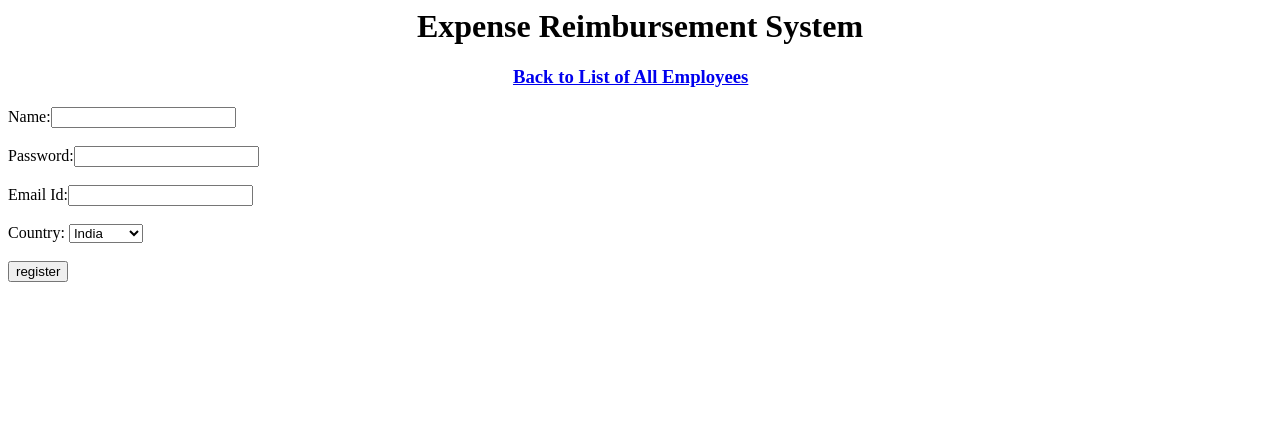
Repository: CCunningham0/project1
Page: http://localhost/reimbursement/employee-form.jsp
The author's editor kept a copy of each file at every save. The page is drawn from the files as they stood at one save, then again after the next save.
The browser window is 1280 px wide. The pictures show the whole page.
The page is served by Tomcat 10. Other server files are loaded and not shown. The template is opened directly, without the code that normally fills it, so the values that code supplies are empty.

Above is the page before, as saved 2021-09-07 02:13:03.

### reimbursement/src/main/webapp/employee-form.jsp
<html>
<head>
<meta charset="UTF-8">
<title>Expense Reimbursement System</title>

<script type="text/javascript" language="javascript" src="https://code.jquery.com/jquery-3.5.1.js"></script>
<script type="text/javascript">

	</script>

	</head>
	 <center>
  <h1>Expense Reimbursement System</h1>
        <h3>
         <a href="employee-list.jsp">Back to List of All Employees</a>
         &nbsp;&nbsp;&nbsp;
         <!-- <a href="list">List All Employee</a> -->

        </h3>
 </center>
<body>
<html>
<body>
<form action="add" method="post">

Name:<input type="text" name="userName"/><br/><br/>
Password:<input type="password" name="userPass"/><br/><br/>
Email Id:<input type="text" name="userEmail"/><br/><br/>
Country:
<select name="userCountry">
<option>India</option>
<option>Pakistan</option>
<option>other</option>
</select>

<br/><br/>
<input type="submit" value="register"/>

</form>
</body>
</html>


   <%--  <div align="center">
  <c:if test="${employee != null}">
   <form action="update" method="post">
        </c:if>
        <c:if test="${employee == null}">
    </div>
 <center>
  <div>
   <form action="add" method="post">
        </c:if>
        <table border="1" cellpadding="5">
            <caption>
             <h2>
              <c:if test="${employee != null}">
               Edit User
              </c:if>
              <c:if test="${employee == null}">
               Add New User
              </c:if>
             </h2>
            </caption>
          <c:if test="${employee != null}">
           <input type="hidden" name="id" value="<c:out value='${employee.id}' />" />
          </c:if>
            <tr>
                <th>Employee Name: </th>
                <td>
                 <input type="text" name="name" size="45"
                   value="<c:out value='${employee.name}' />"
                  />
                </td>
            </tr>
            <tr>
                <th>Employee Email: </th>
                <td>
                 <input type="text" name="email" size="45"
                   value="<c:out value='${employee.email}' />"
                 />
                </td>
            </tr>
            <tr>
                <th>Username: </th>
                <td>
                 <input type="text" name="username" size="15"
                   value="<c:out value='${employee.username}' />"
                 />
                </td>
            </tr>
            <tr>
                <th>Password: </th>
                <td>
                 <input type="number" name="password" size="15"
                   value="<c:out value='${employee.password}' />"
                 />
                </td>
            </tr>
            <tr>
                <th>Type </th>
                <td>
				  <input type="radio" id="emp" name="hr" value="Employee">
				  <label for="emp">Employee</label>
				  <br>
				  <input type="radio" id="manager" name="hr" value="Finance manager">
				  <label for="manager">Finance manager</label>
                </td>
            </tr>
            <tr>
             <td colspan="2" align="center">
              <input type="submit" value="Save" />
             </td>
            </tr>
        </table>
        </form>
    </div>  --%>
  </center>

</body>

After the next save:
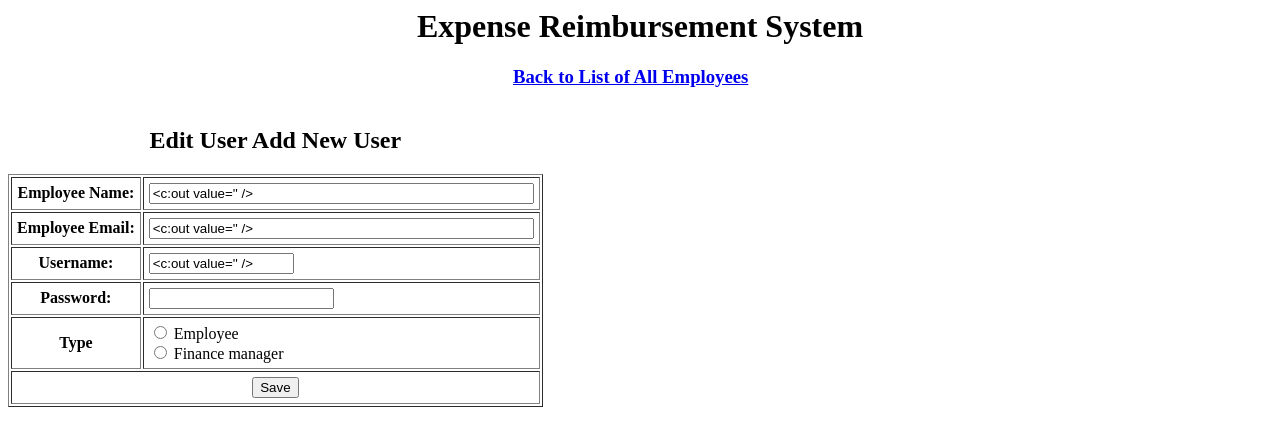
Saved 91 s later.
--- a/reimbursement/src/main/webapp/employee-form.jsp
+++ b/reimbursement/src/main/webapp/employee-form.jsp
@@ -19,37 +19,17 @@
         </h3>
  </center>
 <body>
-<html>
-<body>
-<form action="add" method="post">
 
-Name:<input type="text" name="userName"/><br/><br/>
-Password:<input type="password" name="userPass"/><br/><br/>
-Email Id:<input type="text" name="userEmail"/><br/><br/>
-Country:
-<select name="userCountry">
-<option>India</option>
-<option>Pakistan</option>
-<option>other</option>
-</select>
-
-<br/><br/>
-<input type="submit" value="register"/>
-
-</form>
-</body>
-</html>
-
-
-   <%--  <div align="center">
+ <center>
+    <div align="center">
   <c:if test="${employee != null}">
    <form action="update" method="post">
         </c:if>
         <c:if test="${employee == null}">
     </div>
- <center>
+ </center>
   <div>
-   <form action="add" method="post">
+   <form action="adde" method="post">
         </c:if>
         <table border="1" cellpadding="5">
             <caption>
@@ -114,7 +94,7 @@ Country:
             </tr>
         </table>
         </form>
-    </div>  --%>
+    </div>
   </center>
 
 </body>
